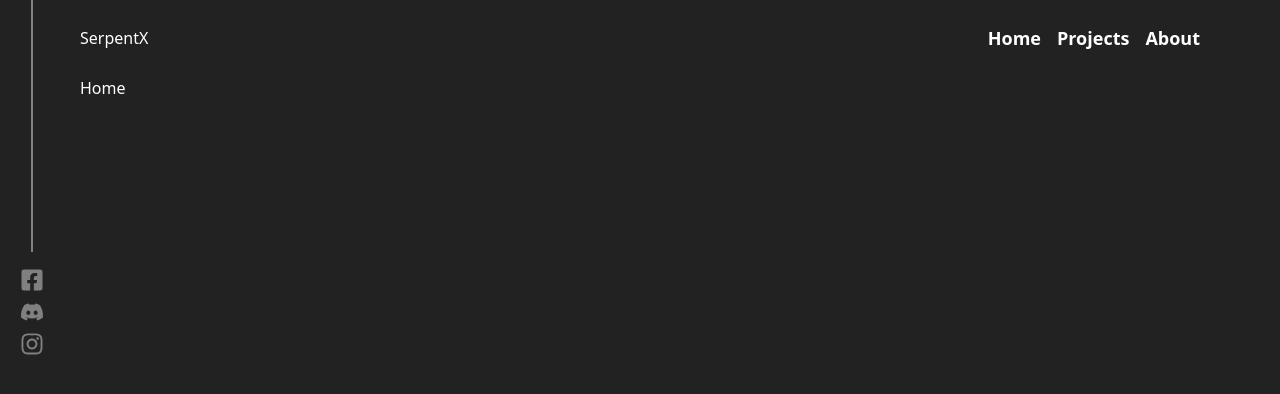
Repository: SERPENTX03/Portfolio-Tutorial
Page: /
The author's editor kept a copy of each file at every save. The page is drawn from the files as they stood at one save, then again after the next save.
The browser window is 1280 px wide. The pictures show the whole page.
The project was rebuilt for these pictures with package versions that can differ from the ones it lists, and the page was loaded fresh each time. The framework's server and built-in components were replaced by stand-ins that run in the browser. Also part of the build but not shown: next.config.ts.

Above is the page before, as saved 2025-04-19 19:58:43.

### app/layout.tsx
import type { Metadata } from "next";
import { Geist, Geist_Mono } from "next/font/google";
import "./globals.css";
import SideContact from "@/components/SideContact";
import Navbar from "@/components/nav/Navbar";

const geistSans = Geist({
  variable: "--font-geist-sans",
  subsets: ["latin"],
});

const geistMono = Geist_Mono({
  variable: "--font-geist-mono",
  subsets: ["latin"],
});

export const metadata: Metadata = {
  title: "Create Next App",
  description: "Generated by create next app",
};

export default function RootLayout({
  children,
}: Readonly<{
  children: React.ReactNode;
}>) {
  return (
    <html lang="en">
      <body
        className={`${geistSans.variable} ${geistMono.variable} antialiased`}
      >
        <SideContact />
        <main className="max-w-[1200px] mx-auto px-10 ">
          <Navbar />
          {children}
        </main>
      </body>
    </html>
  );
}

### app/globals.css
@import "tailwindcss";

@theme {
  --color-primary: #1dcd9f;
  --color-background: #222222;
  --color-text: gray;
}

body {
  background-color: var(--color-background);
  color: white;
}

### components/SideContact.tsx
import Link from "next/link";
import { FaFacebookSquare } from "react-icons/fa";
import { FaDiscord } from "react-icons/fa";
import { FaInstagram } from "react-icons/fa";

const SideContact = () => {
  return (
    <div className="fixed top-0 left-0 w-16 flex flex-col ">
      {/* Line */}
      <div className="h-[35vh] relative">
        <div className="h-full border border-text absolute top-0 left-1/2 -translate-x-1/2"></div>
      </div>
      {/* Socials */}
      <div className="text-text mt-4 flex flex-col gap-2 items-center">
        <Link target="_blank" href="https://www.facebook.com/serpentx.dev">
          <FaFacebookSquare size={24} />
        </Link>
        <Link target="_blank" href="https://discord.gg/serpentx">
          <FaDiscord size={24} />
        </Link>
        <Link target="_blank" href="https://www.instagram.com/serpentx.dev">
          <FaInstagram size={24} />
        </Link>
      </div>
    </div>
  );
};
export default SideContact;

### components/nav/Navbar.tsx
import Link from "next/link";

const Navbar = () => {
  return (
    <div className="flex justify-between items-center py-6">
      <h1>SerpentX</h1>
      <ul className="flex gap-4">
        <li className="text-lg font-semibold">
          <Link href="/">Home</Link>
        </li>
        <li className="text-lg font-semibold">
          <Link href="/">Projects</Link>
        </li>
        <li className="text-lg font-semibold">
          <Link href="/">About</Link>
        </li>
      </ul>
    </div>
  );
};
export default Navbar;

Loaded but not shown: app/page.tsx (common file)

After the next save:
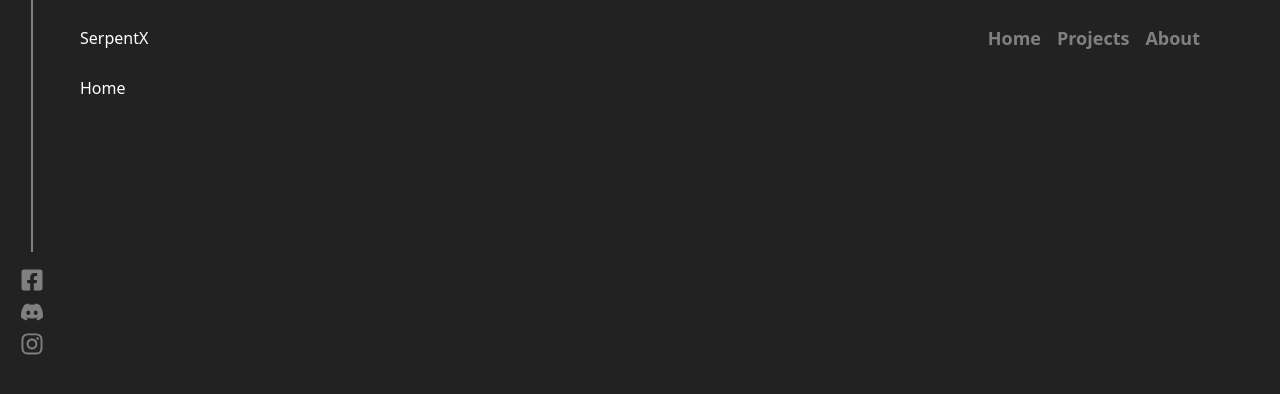
Saved 8 s later.
--- a/components/nav/Navbar.tsx
+++ b/components/nav/Navbar.tsx
@@ -5,13 +5,13 @@ const Navbar = () => {
     <div className="flex justify-between items-center py-6">
       <h1>SerpentX</h1>
       <ul className="flex gap-4">
-        <li className="text-lg font-semibold">
+        <li className="text-lg font-semibold text-text">
           <Link href="/">Home</Link>
         </li>
-        <li className="text-lg font-semibold">
+        <li className="text-lg font-semibold text-text">
           <Link href="/">Projects</Link>
         </li>
-        <li className="text-lg font-semibold">
+        <li className="text-lg font-semibold text-text">
           <Link href="/">About</Link>
         </li>
       </ul>
